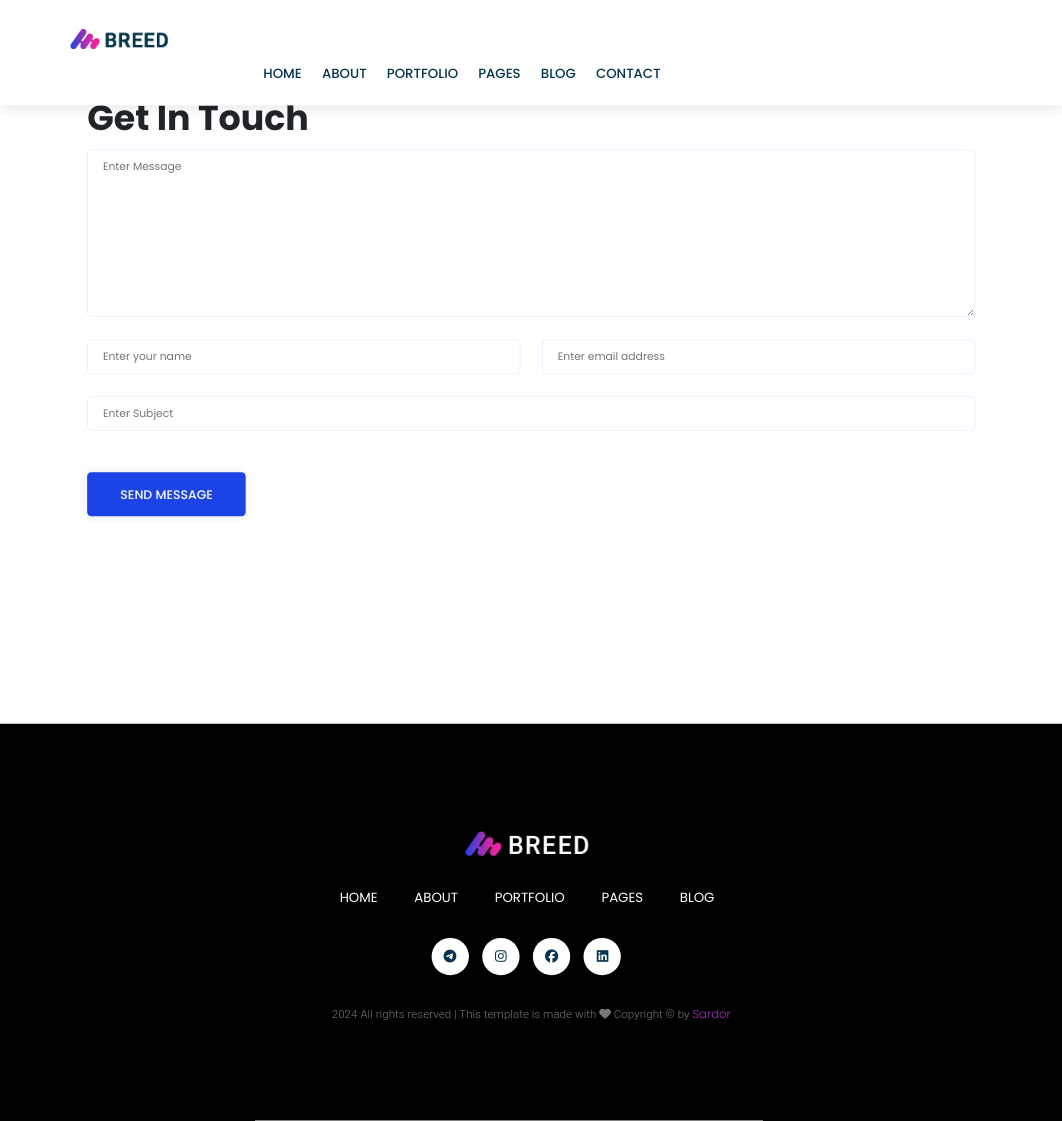
Repository: whoami2991/Sardorbek-Portfolio---Home
Page: contact.html
These files come from the project's save history. The page is drawn as it stood at one moment and after the next save; the edit follows.
The browser window is 1280 px wide. The pictures show the whole page, at 83% of full size.

Above is the page before, as saved 2024-07-22 13:13:32.

After the next save:
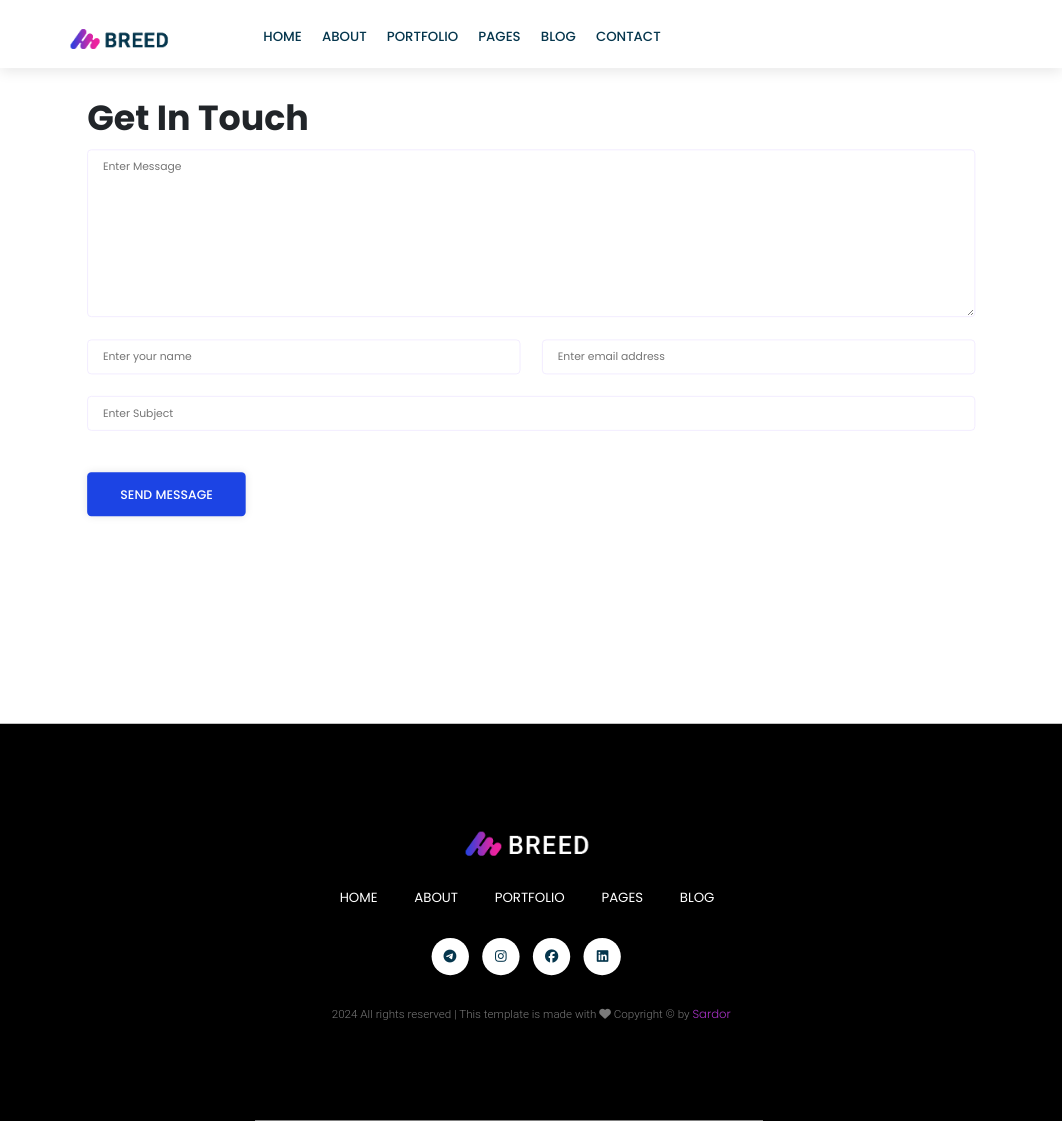
Saved 24 s later.
--- a/shared.css
+++ b/shared.css
@@ -84,7 +84,7 @@ body{
 .main-navigation{
     display: inline-block;
     vertical-align: top;
-    padding-top: 50px;
+    padding-top: 5px;
 }
 .main-navigation__item{
     display: inline-block;
